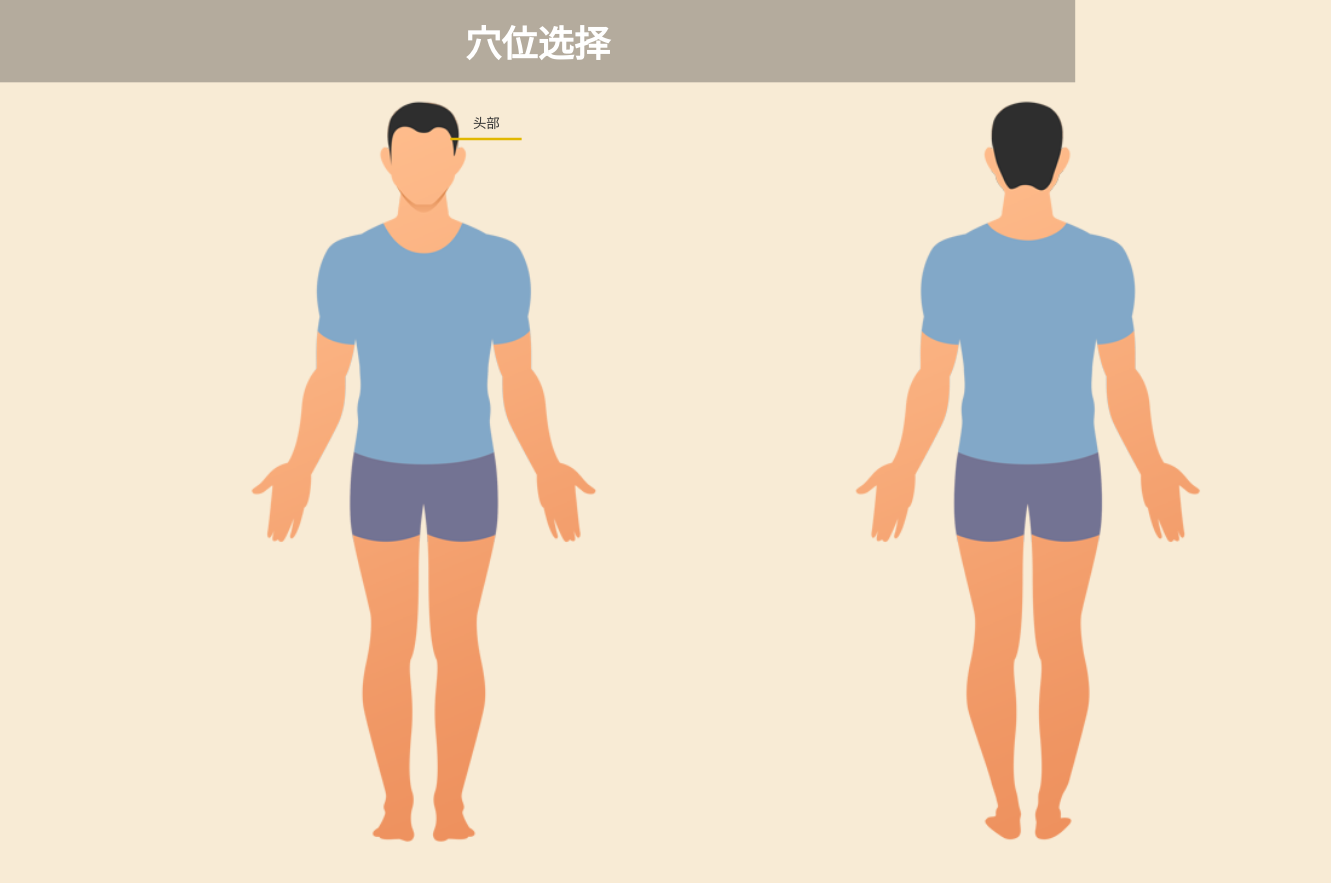
Repository: chjyume/zhongyi
Page: xuewei.html
The author's editor kept a copy of each file at every save. The page is drawn from the files as they stood at one save, then again after the next save.
The browser window is 1280 px wide. The page is 1584 px wide, then 1440 px, so the pictures cover 1584 px, including what lies to the right of the window. The pictures show the whole page, at 84% of full size.

Above is the page before, as saved 2023-09-12 20:13:21.

After the next save:
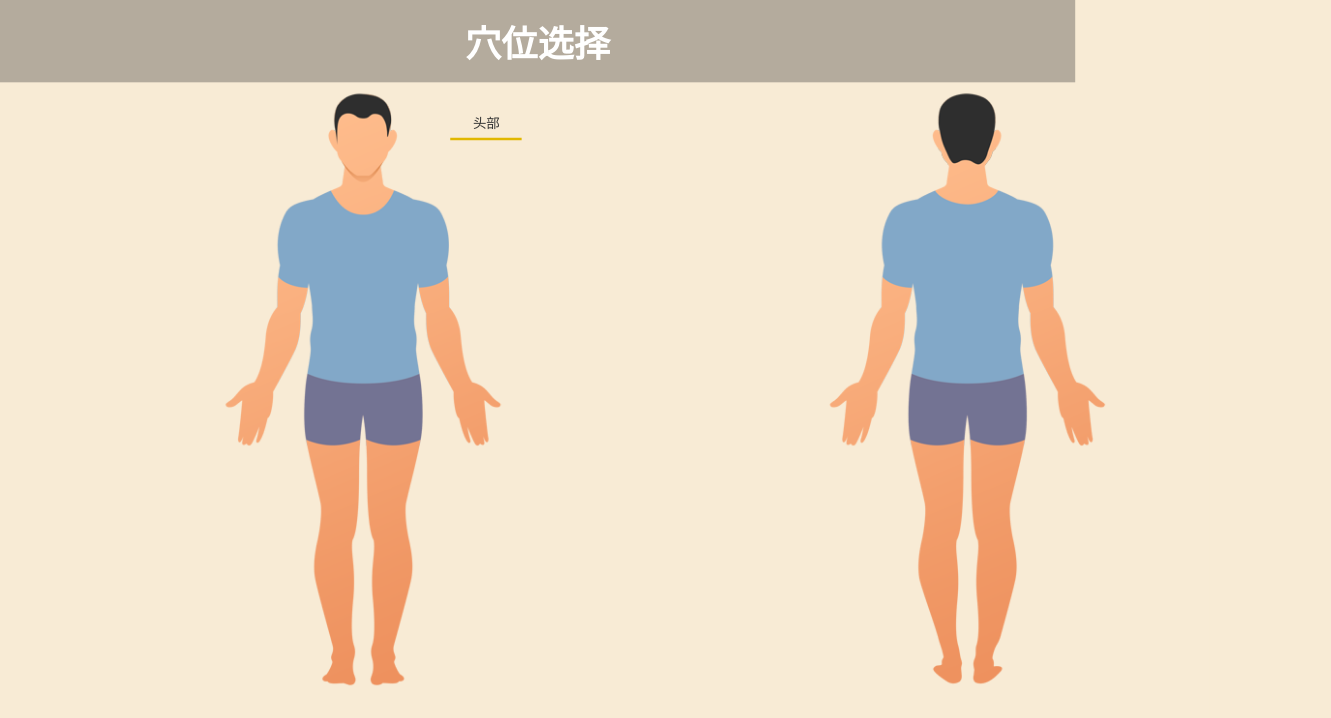
Saved 16 s later.
--- a/css/xuewei.css
+++ b/css/xuewei.css
@@ -21,14 +21,14 @@ margin: 0;
 }
 
 .img1{
-    width: 100vh;
+    width: 80vh;
     position: absolute;
     top:10vh;
     left:20vh;
     z-index: 1;
 }
 .img2 {
-    width: 100vh;
+    width: 80vh;
     position: absolute;
     top: 10vh;
     left: 120vh;
